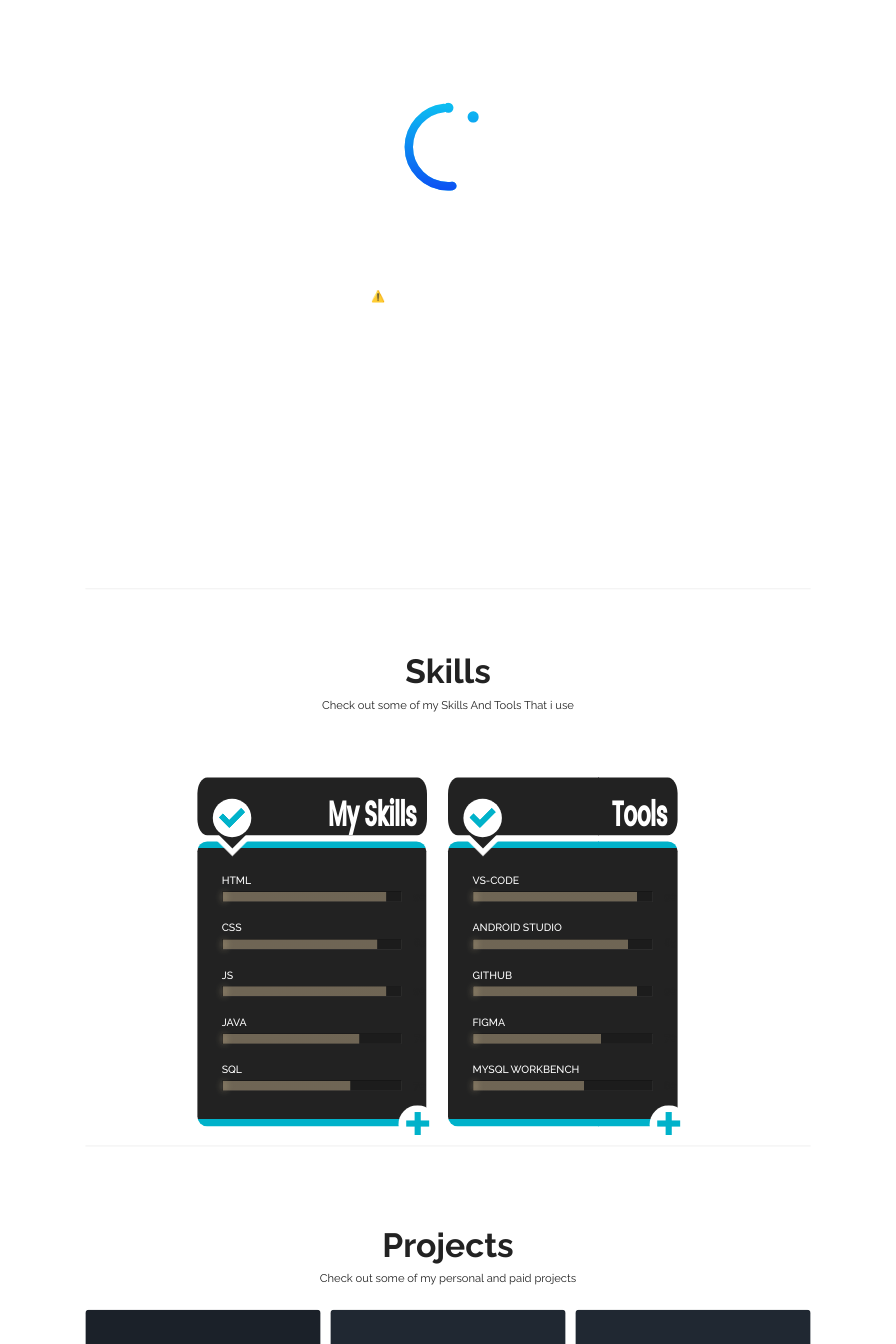
Repository: rahimmenadi/My-Website
Page: index.html
The author's editor kept a copy of each file at every save. The page is drawn from the files as they stood at one save, then again after the next save.
The browser window is 1280 px wide. The pictures show the part of the page from y = 0 to 1920 px (the page is 2803 px tall), at 70% of full size.
The page's requests for data from a server got no answer.

Above is the page before, as saved 2023-06-24 02:03:33.

After the next save:
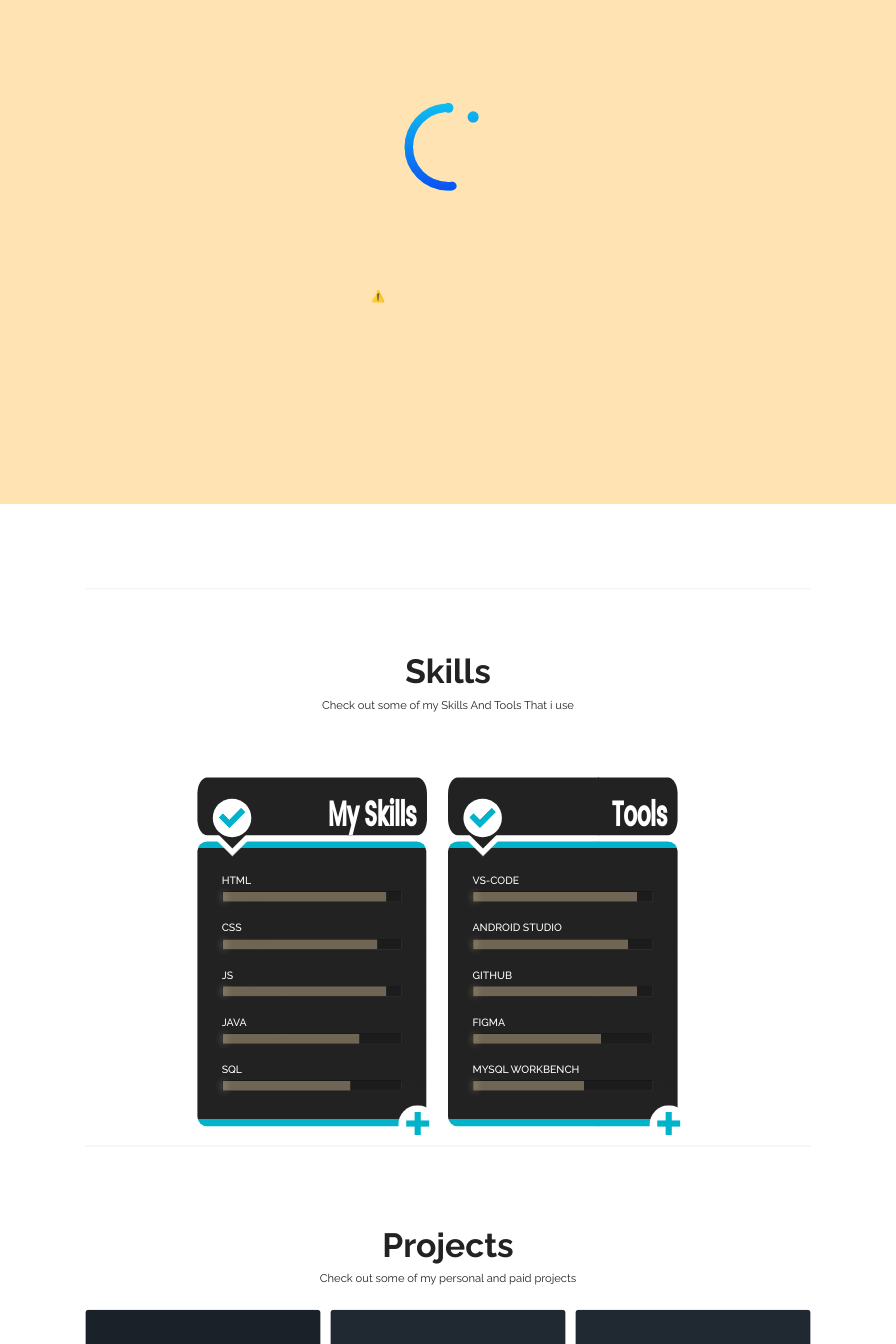
Saved 67 s later.
--- a/css/spiner.css
+++ b/css/spiner.css
@@ -6,7 +6,7 @@
 
     top: 0;
     left: 0;
-    background-color: white;
+    background-color: #FFE3B3;
     z-index: 999999999999;
     display: flex;
     justify-content: center;

After the 3 saves that followed:
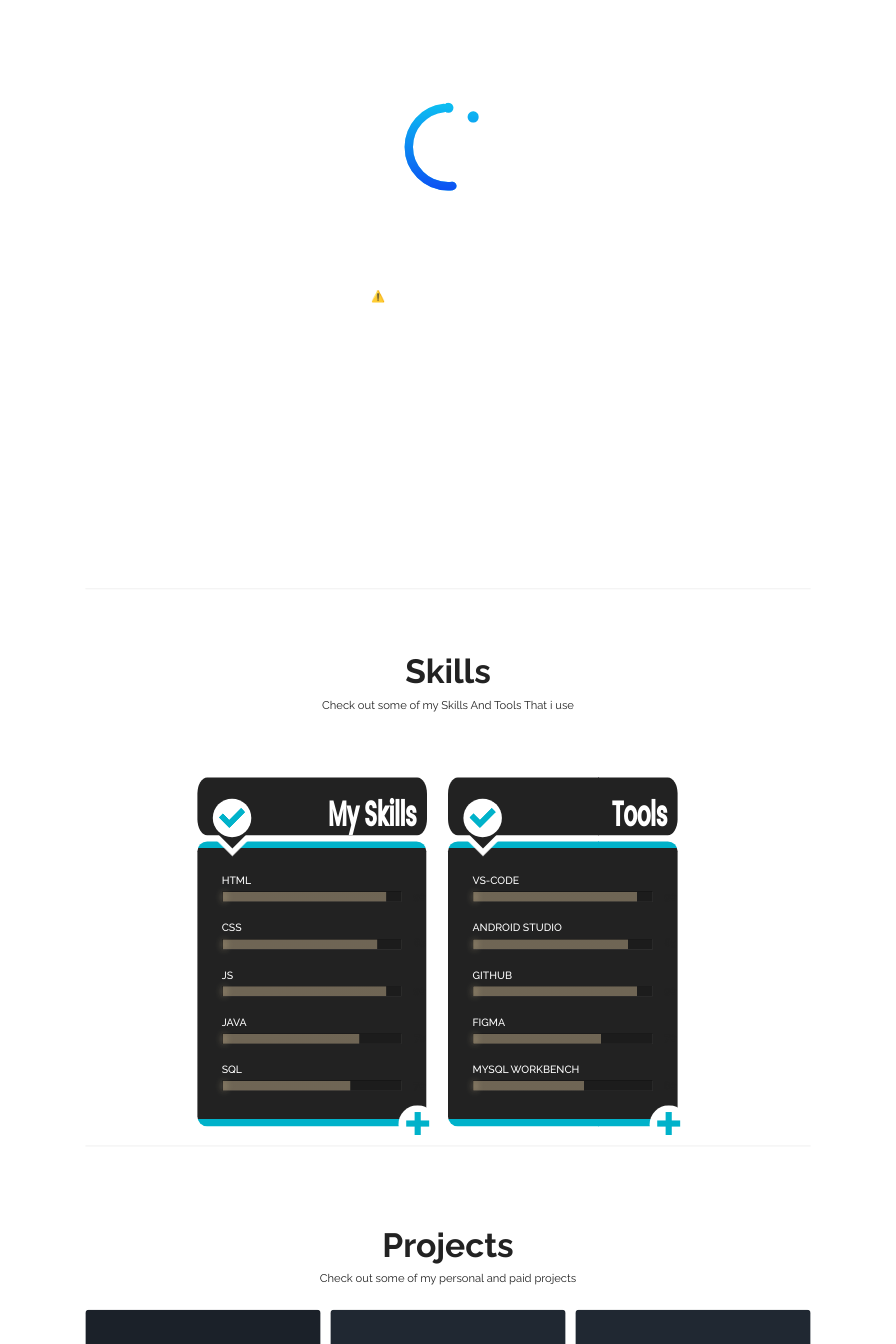
The 3 saves are shown as one change because they came seconds apart.
The last was saved 86 s later.
--- a/css/spiner.css
+++ b/css/spiner.css
@@ -6,7 +6,7 @@
 
     top: 0;
     left: 0;
-    background-color: #FFE3B3;
+    background-color: white;
     z-index: 999999999999;
     display: flex;
     justify-content: center;
